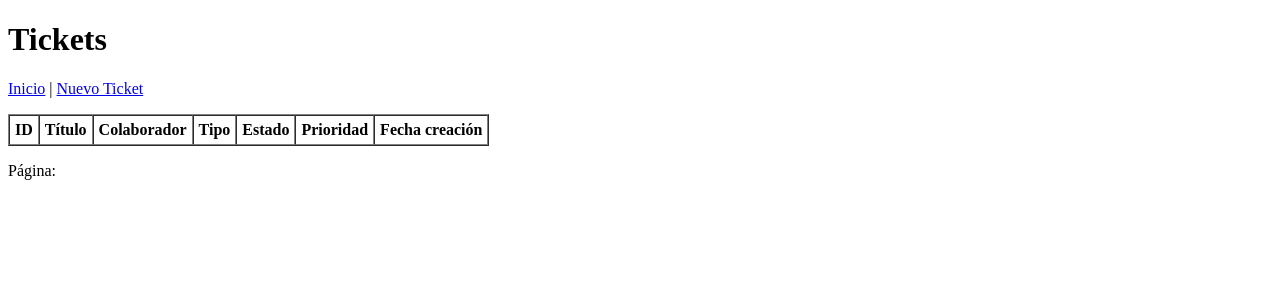
Repository: eleazarrrg/Proyecto-Mesa-Ayuda
Page: http://localhost/mesa-ayuda/tickets.php
The author's editor kept a copy of each file at every save. The page is drawn from the files as they stood at one save, then again after the next save.
The browser window is 1280 px wide. The pictures show the whole page.
The page is run by PHP 8.4 with error messages shown; the project is at /var/www/html/. The session is filled in as if someone had signed in: {"user_id": 1, "user_name": "Test User", "role_id": 1}. The database holds what the project's SQL file puts in it. Queries for data that is not in the repository find no rows.

Above is the page before, as saved 2025-11-30 17:46:03.

After the next save:
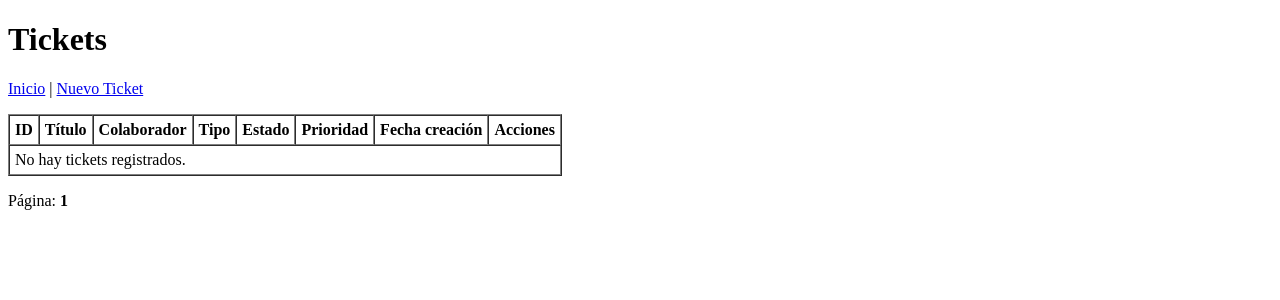
Saved 16 s later.
--- a/public/tickets.php
+++ b/public/tickets.php
@@ -4,7 +4,7 @@ session_start();
 
 require_once __DIR__ . '/../app/models/Ticket.php';
 
-// Protección simple
+// Protección simple: solo usuarios logueados
 if (!isset($_SESSION['user_id'])) {
     header('Location: index.php');
     exit;
@@ -14,15 +14,16 @@ $ticketModel = new Ticket();
 
 // Paginación sencilla
 $pagina = isset($_GET['p']) ? (int)$_GET['p'] : 1;
-if ($pagina < 1) $pagina = 1;
+if ($pagina < 1) {
+    $pagina = 1;
+}
 
 $porPagina = 10;
 $offset = ($pagina - 1) * $porPagina;
 
 $total = $ticketModel->contarTodos();
 $tickets = $ticketModel->listarTodos($porPagina, $offset);
-
-$totalPaginas = ceil($total / $porPagina);
+$totalPaginas = max(1, ceil($total / $porPagina));
 ?>
 <!DOCTYPE html>
 <html lang="es">
@@ -47,18 +48,32 @@ $totalPaginas = ceil($total / $porPagina);
             <th>Estado</th>
             <th>Prioridad</th>
             <th>Fecha creación</th>
+            <th>Acciones</th>
         </tr>
-        <?php foreach ($tickets as $t): ?>
+        <?php if (empty($tickets)): ?>
             <tr>
-                <td><?= $t['id']; ?></td>
-                <td><?= $t['titulo']; ?></td>
-                <td><?= $t['primer_nombre'] . ' ' . $t['primer_apellido']; ?></td>
-                <td><?= $t['tipo_nombre']; ?></td>
-                <td><?= $t['estado']; ?></td>
-                <td><?= $t['prioridad']; ?></td>
-                <td><?= $t['fecha_creacion']; ?></td>
+                <td colspan="8">No hay tickets registrados.</td>
             </tr>
-        <?php endforeach; ?>
+        <?php else: ?>
+            <?php foreach ($tickets as $t): ?>
+                <tr>
+                    <td><?= $t['id']; ?></td>
+                    <td><?= htmlspecialchars($t['titulo']); ?></td>
+                    <td><?= htmlspecialchars($t['primer_nombre'] . ' ' . $t['primer_apellido']); ?></td>
+                    <td><?= htmlspecialchars($t['tipo_nombre']); ?></td>
+                    <td><?= htmlspecialchars($t['estado']); ?></td>
+                    <td><?= htmlspecialchars($t['prioridad']); ?></td>
+                    <td><?= $t['fecha_creacion']; ?></td>
+                    <td>
+                        <?php if ($t['estado'] === 'CERRADO'): ?>
+                            <a href="encuesta.php?ticket_id=<?= $t['id']; ?>">Encuesta</a>
+                        <?php else: ?>
+                            -
+                        <?php endif; ?>
+                    </td>
+                </tr>
+            <?php endforeach; ?>
+        <?php endif; ?>
     </table>
 
     <p>
